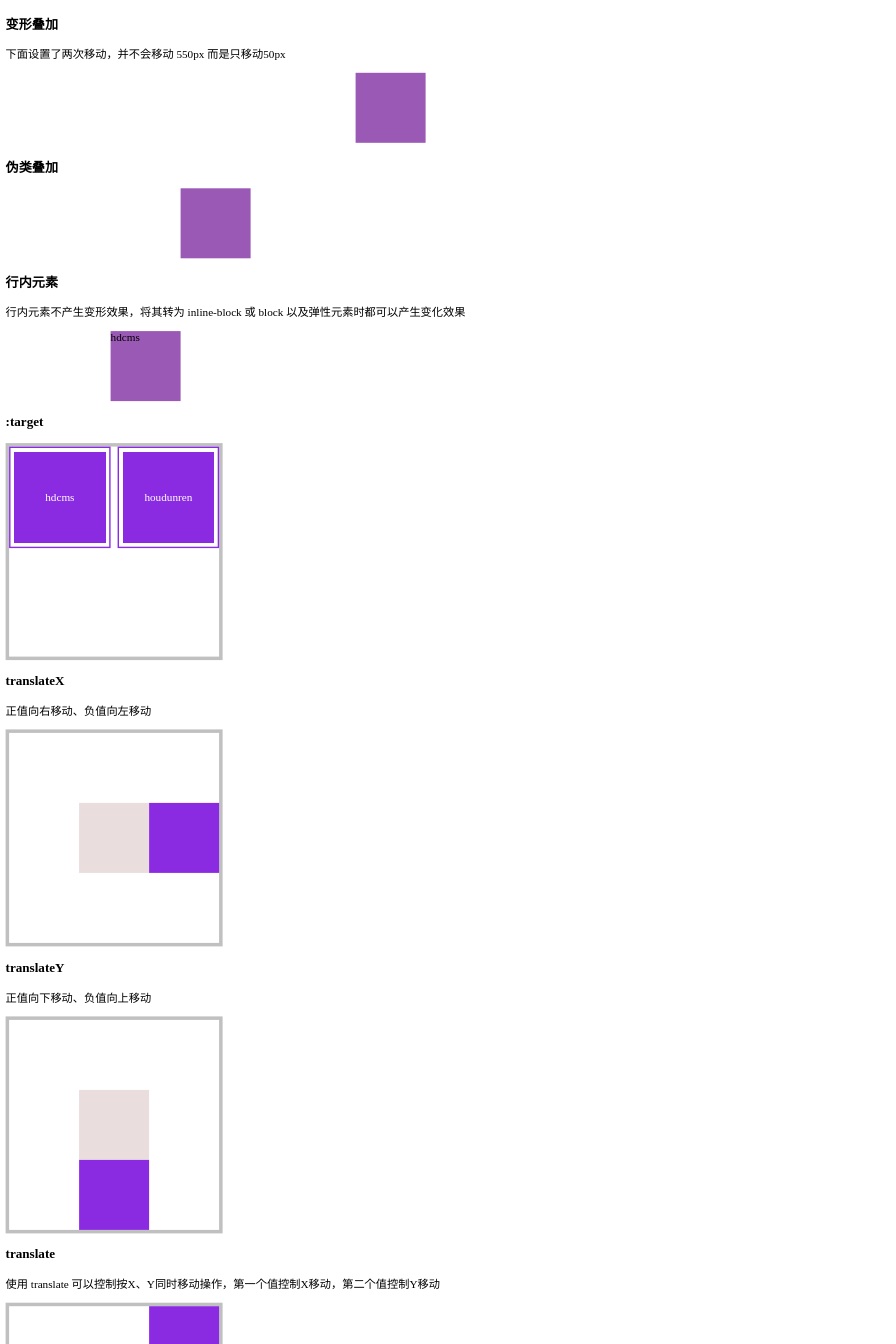
Repository: Aissd/animateDemo
Page: translate.html
The author's editor kept a copy of each file at every save. The page is drawn from the files as they stood at one save, then again after the next save.
The browser window is 1280 px wide. The pictures show the part of the page from y = 0 to 1920 px (the page is 2685 px tall), at 70% of full size.

Above is the page before, as saved 2020-05-11 22:59:22.

After the next save:
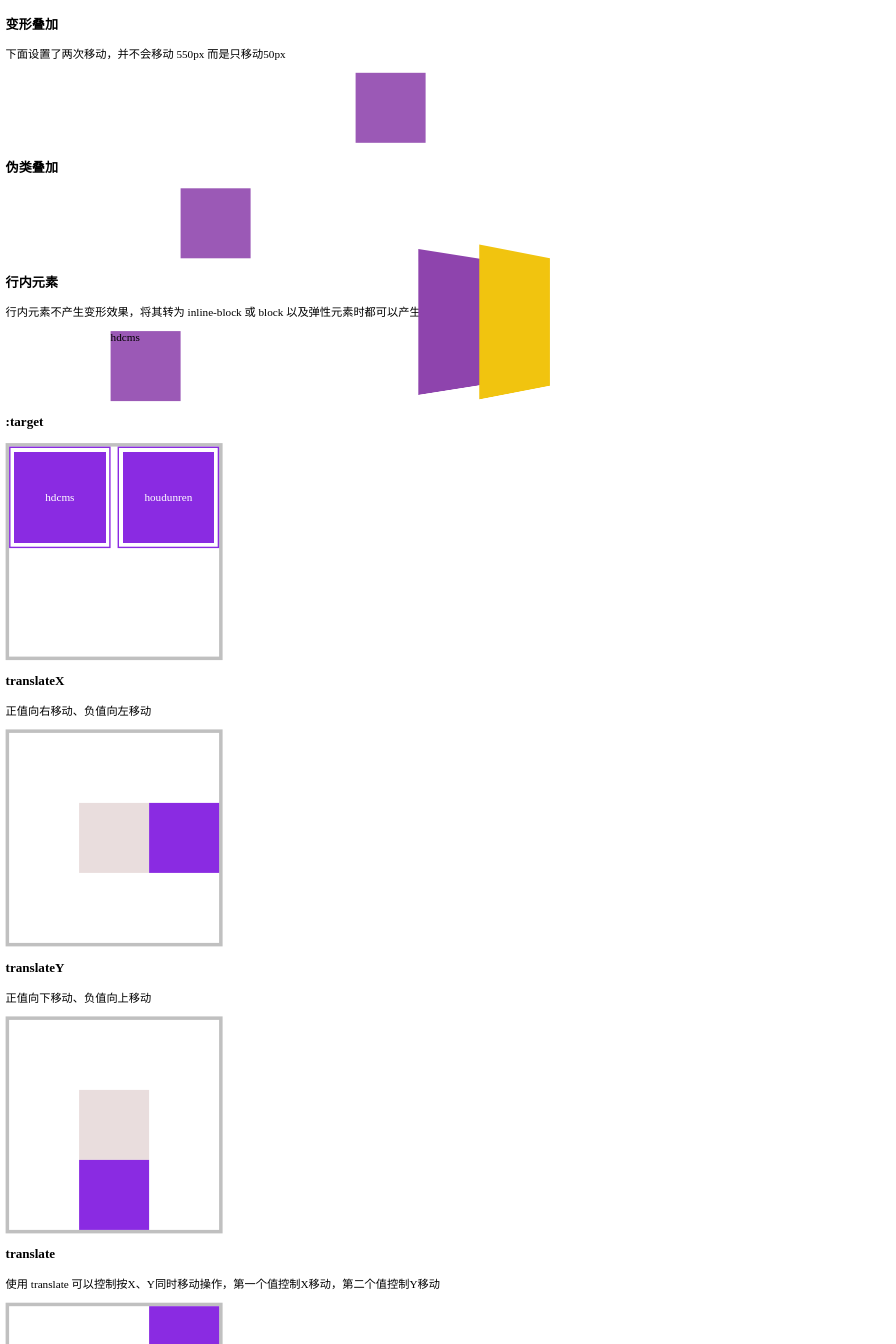
Saved 17 s later.
--- a/css/translate.css
+++ b/css/translate.css
@@ -221,7 +221,7 @@ body:hover .demo10 {
     transform: perspective(600px) rotateY(60deg) scaleZ(5);
 }
 
-.demo10. div {
+.demo10 div {
     position: absolute;
     top: 0;
     left: 0;
@@ -230,7 +230,7 @@ body:hover .demo10 {
     background: #f1c40f;
 }
 
-.demo10. div.b {
+.demo10 div.b {
     background: #8e44ad;
     transform: translateZ(-100px);
 }
